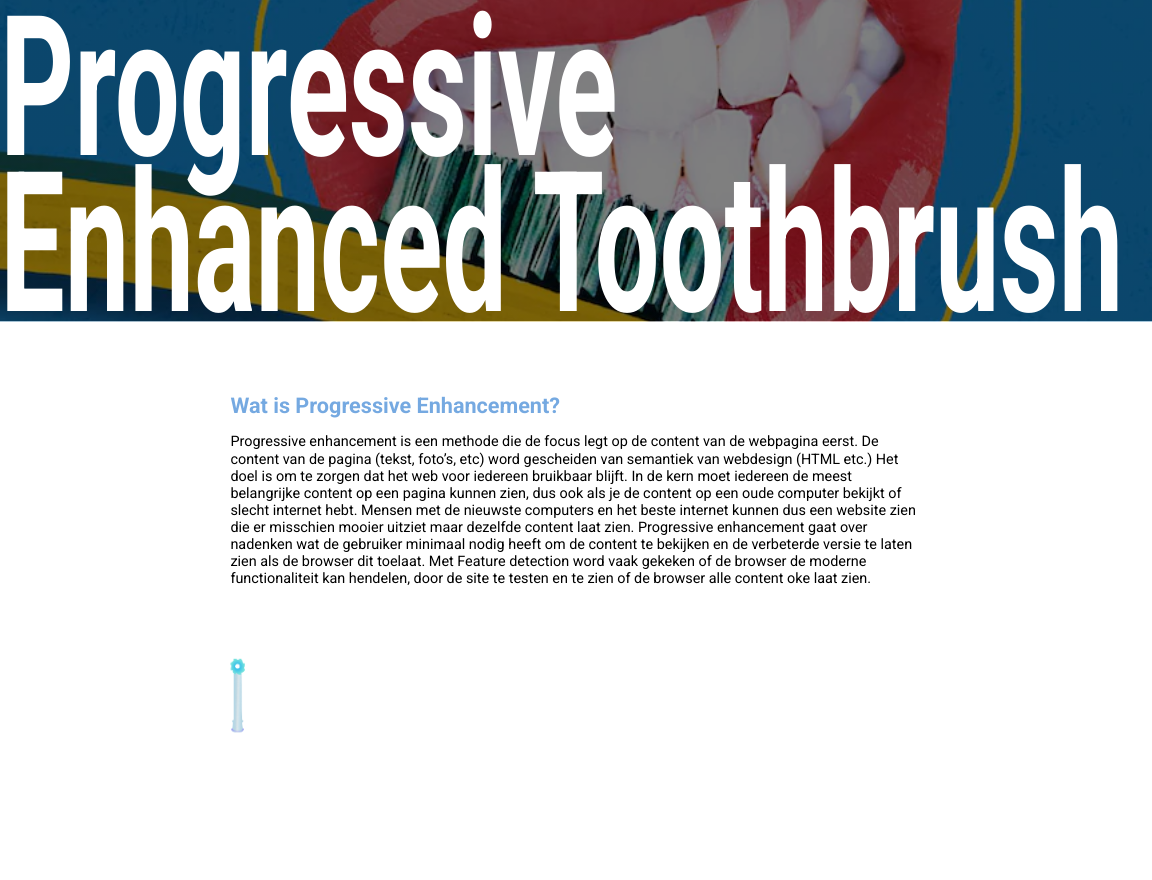
Repository: norakramer1/browser-technologies-2122
Page: progressive-enhanced-toothbrush-main/index.html
These files come from the project's save history. The page is drawn as it stood at one moment and after the next save; the edit follows.
The browser window is 1280 px wide. The pictures show the whole page, at 90% of full size.

Above is the page before, as saved 2022-03-23 12:47:19.

After the next save:
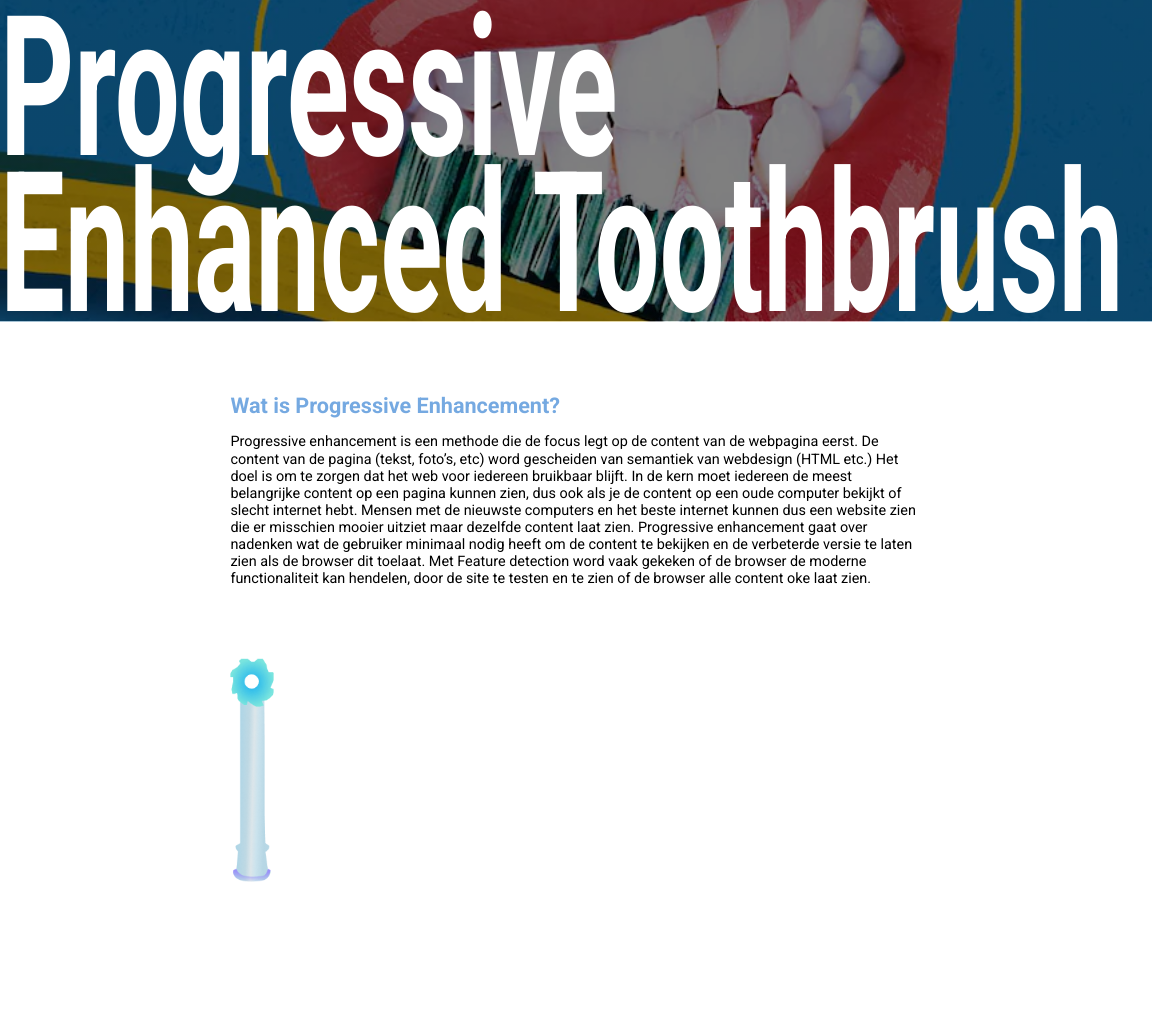
Saved 5 s later.
--- a/progressive-enhanced-toothbrush-main/style.css
+++ b/progressive-enhanced-toothbrush-main/style.css
@@ -35,5 +35,5 @@ article {
 }
 
 img {
-    width: 1rem;
+    width: 3rem;
 }
